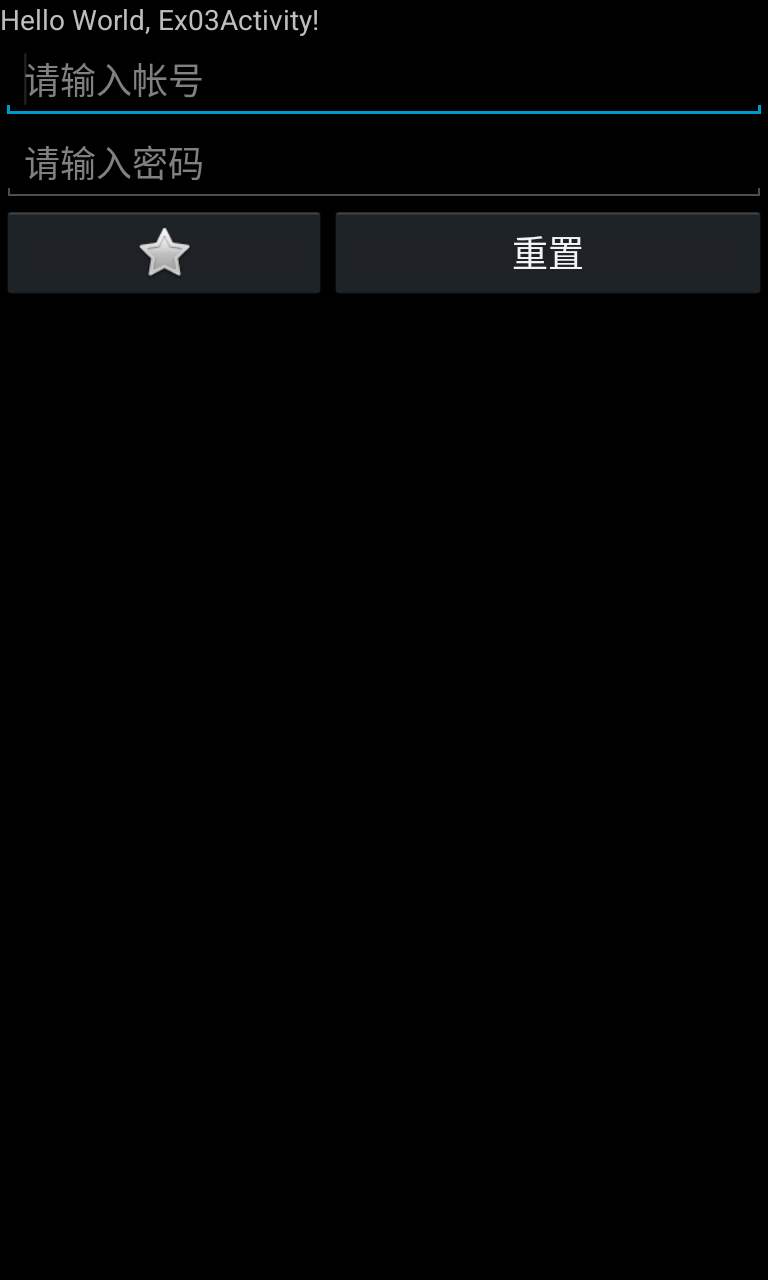
Repository: oldherokingsley/android_homework
Layout: Ex03/res/layout/main.xml
The author's editor kept a copy of each file at every save. The layout is drawn from the files as they stood at one save, then again after the next save.
It is drawn on a 768 x 1280 px phone screen (xhdpi) without system bars, with theme android:Theme.Holo; the app's code is not run.

Above is the layout before, as saved 2012-10-16 09:39:39.

After the next save:
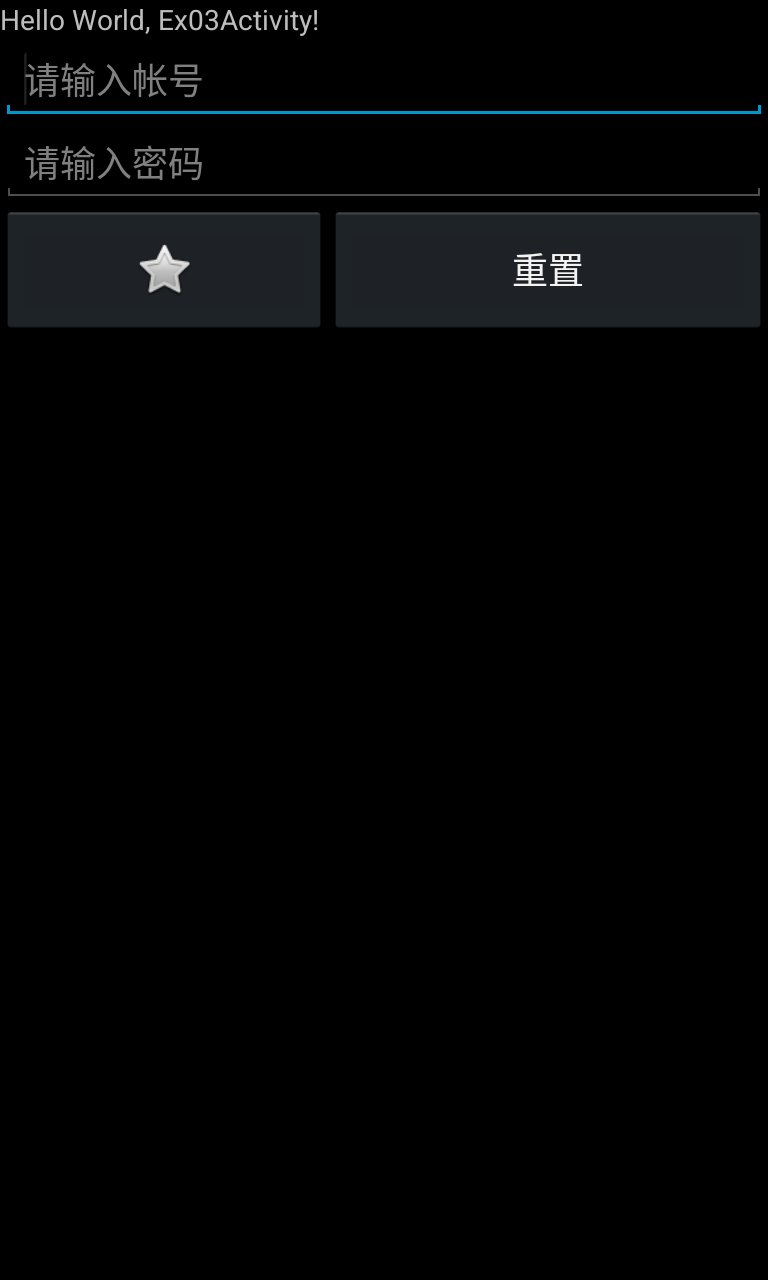
Saved 3 min 8 s later.
--- a/Ex03/res/layout/main.xml
+++ b/Ex03/res/layout/main.xml
@@ -36,14 +36,14 @@
         <ImageButton
             android:id="@+id/imageButton1"
             android:layout_width="164dp"
-            android:layout_height="wrap_content"
+            android:layout_height="65"
             android:src="@android:drawable/btn_star"
             android:onClick="iamgeButtonClick" />
 
         <Button
             android:id="@+id/button2"
             android:layout_width="match_parent"
-            android:layout_height="wrap_content"
+            android:layout_height="65"
             android:text="重置"
             android:onClick="cleanBtnClick"/>
 
